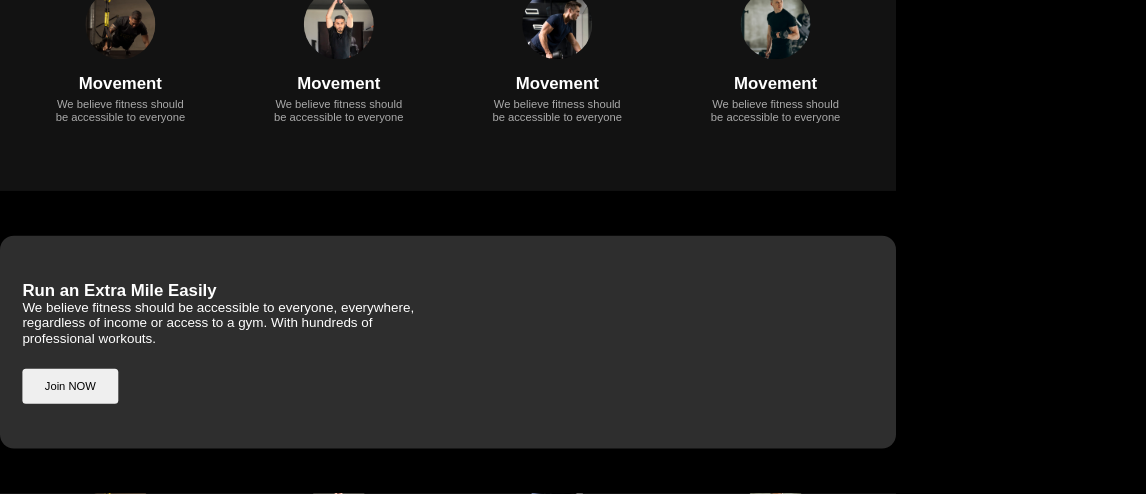
Repository: Aminul-Islam85/Assignment-2
Page: index.html
The author's editor kept a copy of each file at every save. The page is drawn from the files as they stood at one save, then again after the next save.
The browser window is 1280 px wide. The page is 1280 px wide, then 1637 px, so the pictures cover 1637 px, including what lies to the right of the window. The pictures show the part of the page from y = 534 to 2054 px (the page is 1239 px tall before and 2054 px after), at 70% of full size.

Above is the page before, as saved 2024-10-23 15:41:08.

After the next save:
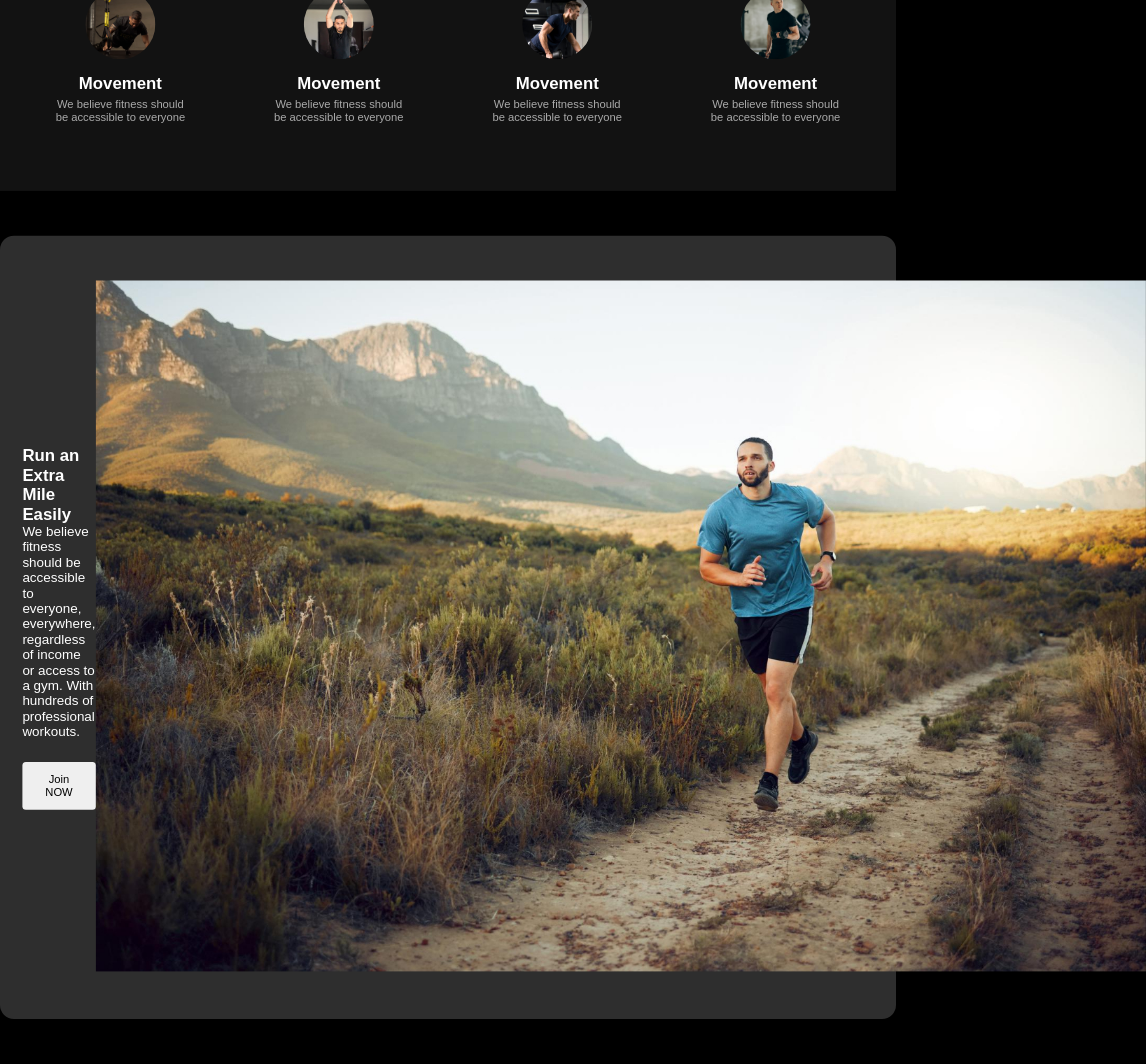
Saved 57 s later.
--- a/index.html
+++ b/index.html
@@ -74,6 +74,10 @@
             <p>We believe fitness should be accessible to everyone, everywhere, regardless of income or access to a gym. With hundreds of professional workouts.</p>
             <button class="cta-btn extra-mile-btn">Join NOW</button>
         </div>
+        <div class="extra-mile-image">
+            <img src="images/run.jpg" alt="">
+
+        </div>
     </section>
 
 
